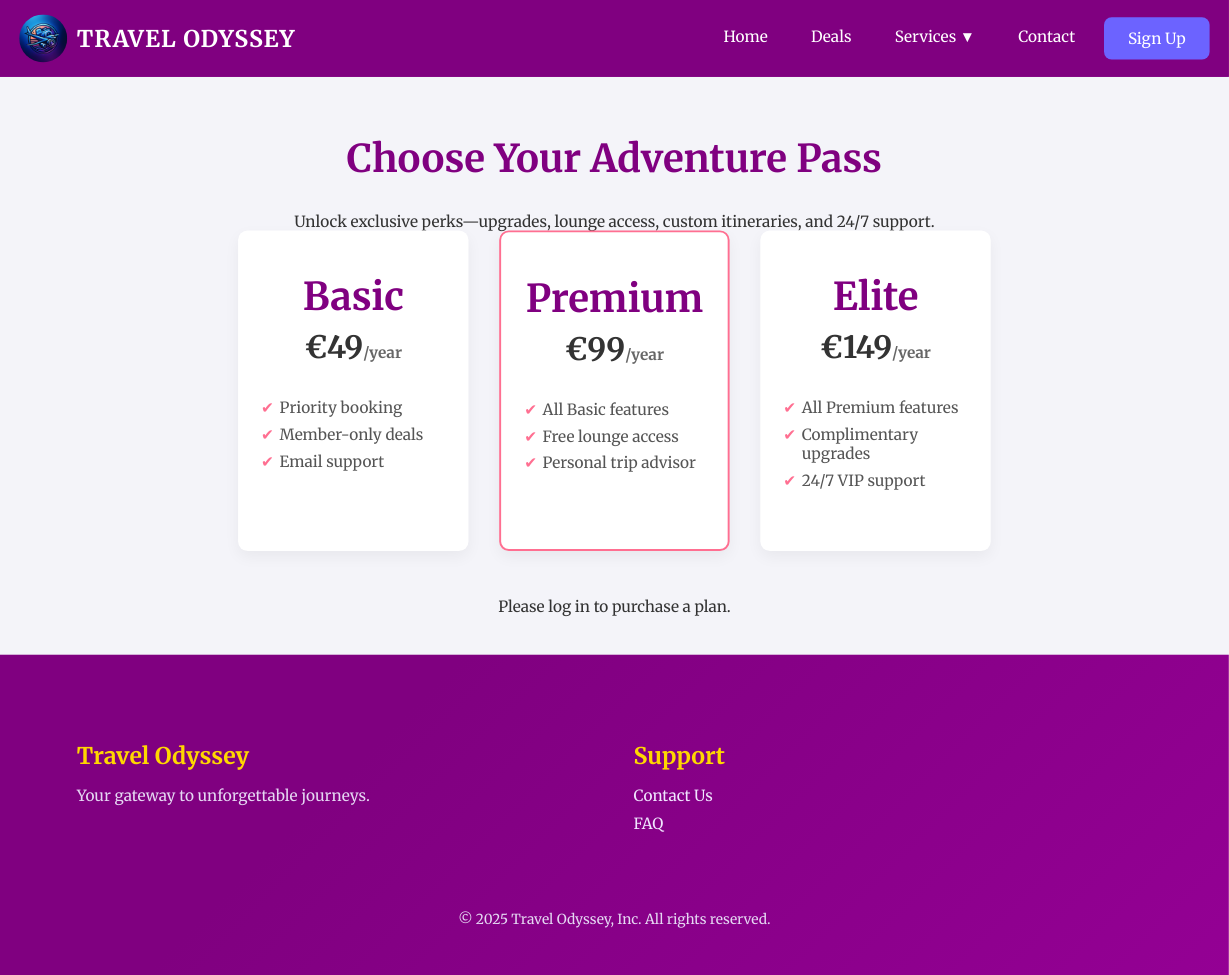
Repository: GHzPhoenix/Project-Odyssey
Page: Frontend/membership-confirmation.html
An editor plug-in stored every save of this project. The page is shown before and after the next save, followed by the edit.
The browser window is 1280 px wide. The pictures show the whole page, at 96% of full size.

Above is the page before, as saved 2025-06-11 14:58:40.

### Frontend/membership-confirmation.html
<!DOCTYPE html>
<html lang="en">
  <head>
    <meta charset="UTF-8" />
    <meta name="viewport" content="width=device-width, initial-scale=1.0" />
    <title>Membership – Travel Odyssey</title>
    <link rel="stylesheet" href="/Frontend/css/style.css" />
    <link rel="stylesheet" href="/Frontend/css/membership.css" />
    <link
      href="https://fonts.googleapis.com/css2?family=Merriweather:wght@300;400;700&display=swap"
      rel="stylesheet"
    />
  </head>
  <body>
    <header>
      <nav>
        <div class="logo">
          <img src="/Frontend/assets/your-logo.png" alt="Logo" />
          Travel Odyssey
        </div>
        <button class="menu-toggle" onclick="toggleMenu()">
          <div></div>
          <div></div>
          <div></div>
        </button>
        <ul class="nav-menu">
          <li><a href="index.html">Home</a></li>
          <li><a href="deals.html">Deals</a></li>
          <li class="dropdown-parent">
            <a href="#">Services ▼</a>
            <div class="dropdown">
              <a href="membership.html" class="active">Membership</a>
              <a href="dream.html">Plan Your Trip</a>
              <a href="client-area.html">Client Area</a>
            </div>
          </li>
          <li><a href="contact.html">Contact</a></li>
          <li><a href="signup.html" class="signup-btn">Sign Up</a></li>
        </ul>
      </nav>
    </header>

    <main class="membership-page">
      <h1>Choose Your Adventure Pass</h1>
      <p class="intro">
        Unlock exclusive perks—upgrades, lounge access, custom itineraries, and
        24/7 support.
      </p>

      <div class="plans">
        <div class="plan-card" data-plan="basic" data-price="49">
          <h2>Basic</h2>
          <div class="price">€49<small>/year</small></div>
          <ul>
            <li>Priority booking</li>
            <li>Member-only deals</li>
            <li>Email support</li>
          </ul>
        </div>

        <div
          class="plan-card featured selected"
          data-plan="premium"
          data-price="99"
        >
          <h2>Premium</h2>
          <div class="price">€99<small>/year</small></div>
          <ul>
            <li>All Basic features</li>
            <li>Free lounge access</li>
            <li>Personal trip advisor</li>
          </ul>
        </div>

        <div class="plan-card" data-plan="elite" data-price="149">
          <h2>Elite</h2>
          <div class="price">€149<small>/year</small></div>
          <ul>
            <li>All Premium features</li>
            <li>Complimentary upgrades</li>
            <li>24/7 VIP support</li>
          </ul>
        </div>
      </div>

      <div id="paypal-button-container" style="margin-top: 2rem"></div>
      <div id="membership-message" class="message"></div>
    </main>

    <footer class="footer">
      <div class="footer-container">
        <div class="footer-section">
          <h3>Travel Odyssey</h3>
          <p>Your gateway to unforgettable journeys.</p>
        </div>
        <div class="footer-section">
          <h3>Support</h3>
          <ul>
            <li><a href="contact.html">Contact Us</a></li>
            <li><a href="faq.html">FAQ</a></li>
          </ul>
        </div>
      </div>
      <div class="footer-bottom">
        © 2025 Travel Odyssey, Inc. All rights reserved.
      </div>
    </footer>

    <script>
      function toggleMenu() {
        document.querySelector(".nav-menu").classList.toggle("active");
      }

      document.addEventListener("DOMContentLoaded", async () => {
        let selectedPlan = "premium";
        document.querySelectorAll(".plan-card").forEach((card) => {
          card.addEventListener("click", () => {
            selectedPlan = card.dataset.plan;
            document
              .querySelectorAll(".plan-card")
              .forEach((c) => c.classList.remove("selected"));
            card.classList.add("selected");
          });
        });

        const token = localStorage.getItem("token") || "";
        if (!token) {
          const msg = document.getElementById("membership-message");
          msg.textContent = "Please log in to purchase a plan.";
          msg.classList.add("error");
          return;
        }

        let clientId;
        try {
          ({ clientId } = await fetch(
            "http://127.0.0.1:5001/api/config/paypal"
          ).then((r) => r.json()));
        } catch (e) {
          document.getElementById("membership-message").textContent =
            "Failed to load PayPal.";
          document.getElementById("membership-message").classList.add("error");
          return;
        }

        const s = document.createElement("script");
        s.src = `https://www.paypal.com/sdk/js?client-id=${clientId}&currency=EUR`;
        s.onload = renderButtons;
        document.head.appendChild(s);

        function renderButtons() {
          paypal
            .Buttons({
              style: { layout: "vertical", shape: "pill" },
              onInit: (data, actions) => actions.enable(),
              createOrder: (data, actions) => {
                const price = document.querySelector(
                  `.plan-card[data-plan="${selectedPlan}"]`
                ).dataset.price;
                return fetch("http://127.0.0.1:5001/api/paypal/order", {
                  method: "POST",
                  headers: {
                    "Content-Type": "application/json",
                    Authorization: "Bearer " + token,
                  },
                  body: JSON.stringify({ planId: selectedPlan }),
                })
                  .then((res) => res.json())
                  .then((d) => d.orderID);
              },
              onApprove: (data, actions) => {
                return actions.order.capture().then(async () => {
                  const purchase = await fetch(
                    "http://127.0.0.1:5001/api/membership/purchase",
                    {
                      method: "POST",
                      headers: {
                        "Content-Type": "application/json",
                        Authorization: "Bearer " + token,
                      },
                      body: JSON.stringify({ planId: selectedPlan }),
                    }
                  ).then((r) => r.json());

                  if (!purchase.membership_expires) {
                    throw new Error(purchase.error || "Activation failed");
                  }

                  localStorage.setItem(
                    "membershipType",
                    purchase.membership_type
                  );
                  localStorage.setItem(
                    "membershipExpires",
                    purchase.membership_expires
                  );

                  document.getElementById("membership-message").textContent =
                    "Membership activated!";
                  document
                    .getElementById("membership-message")
                    .classList.add("success");

                  setTimeout(
                    () => (window.location.href = "client-area.html"),
                    1500
                  );
                });
              },
              onError: (err) => {
                console.error(err);
                const msg = document.getElementById("membership-message");
                msg.textContent = "Payment failed. Please try again.";
                msg.classList.add("error");
              },
            })
            .render("#paypal-button-container");
        }
      });
    </script>

    <style>
      .plan-card.selected {
        border: 2px solid var(--accent);
      }
    </style>
  </body>
</html>

### Frontend/css/membership.css
@import url("https://fonts.googleapis.com/css2?family=Merriweather:wght@300;400;700&display=swap");

:root {
  --primary: purple;
  --accent: #ff6f91;
  --text-dark: #333;
  --bg-light: #f4f4f9;
  --white: #fff;
}

* {
  box-sizing: border-box;
  margin: 0;
  padding: 0;
}

body {
  font-family: "Merriweather", serif;
  background: var(--bg-light);
  color: var(--text-dark);
}

main.membership-section {
  padding: 60px 20px;
  max-width: 1200px;
  margin: 0 auto;
  text-align: center;
}

.section-title {
  font-size: 2.4rem;
  margin-bottom: 1.5rem;
  font-weight: 700;
  color: var(--primary);
}

.membership-grid {
  display: grid;
  grid-template-columns: repeat(auto-fit, minmax(280px, 1fr));
  gap: 2rem;
  margin-bottom: 3rem;
}

.membership-card {
  background: var(--white);
  border-radius: 12px;
  padding: 2rem;
  box-shadow: 0 8px 20px rgba(0, 0, 0, 0.05);
  transition: transform 0.3s, box-shadow 0.3s;
  display: flex;
  flex-direction: column;
  align-items: center;
}

.membership-card:hover {
  transform: translateY(-8px);
  box-shadow: 0 12px 30px rgba(0, 0, 0, 0.1);
}

.icon {
  font-size: 3rem;
  color: var(--primary);
  margin-bottom: 1rem;
}

.membership-card h3 {
  font-size: 1.5rem;
  margin-bottom: 0.75rem;
  color: var(--text-dark);
}

.membership-card p {
  font-size: 1rem;
  color: #666;
  margin-bottom: 1.5rem;
  line-height: 1.5;
}

.price {
  font-size: 1.4rem;
  font-weight: 700;
  color: var(--text-dark);
  margin-bottom: 2rem;
}

.join-btn {
  background: var(--primary);
  color: var(--white);
  padding: 0.75rem 2rem;
  border-radius: 25px;
  font-size: 1rem;
  font-weight: 700;
  text-decoration: none;
  transition: background 0.3s, transform 0.2s;
}

.join-btn:hover {
  background: var(--accent);
  transform: translateY(-2px);
}

.plans {
  display: flex;
  flex-wrap: wrap;
  gap: 2rem;
  justify-content: center;
  margin-bottom: 3rem;
}

.plan-card {
  background: var(--white);
  border-radius: 10px;
  box-shadow: 0 6px 16px rgba(0, 0, 0, 0.05);
  flex: 1 1 220px;
  max-width: 240px;
  padding: 1.5rem;
  display: flex;
  flex-direction: column;
  align-items: center;
  transition: transform 0.3s, border-color 0.3s;
}

.plan-card:hover {
  transform: translateY(-5px);
}

.plan-card.featured {
  border: 2px solid var(--accent);
}

.plan-card h2 {
  margin-bottom: 0.5rem;
  color: var(--primary);
}

.plan-card .price {
  font-size: 2rem;
  margin-bottom: 1rem;
}

.plan-card .price small {
  font-size: 1rem;
  color: #666;
}

.plan-card ul {
  list-style: none;
  width: 100%;
  margin: 1rem 0 2rem;
  padding: 0;
  text-align: left;
}

.plan-card ul li {
  margin-bottom: 0.5rem;
  position: relative;
  padding-left: 1.2rem;
  color: #555;
}

.plan-card ul li::before {
  content: "✔";
  position: absolute;
  left: 0;
  color: var(--accent);
}

#membership-form {
  background: var(--white);
  padding: 2rem;
  border-radius: 10px;
  box-shadow: 0 6px 16px rgba(0, 0, 0, 0.05);
  max-width: 600px;
  margin: 0 auto 3rem;
}

.form-row {
  margin-bottom: 1.25rem;
  text-align: left;
}

.form-row label {
  display: block;
  margin-bottom: 0.5rem;
  font-weight: 600;
  color: var(--text-dark);
}

.form-row select,
.form-row input[type="text"] {
  width: 100%;
  padding: 0.6rem;
  border: 1px solid #ccc;
  border-radius: 6px;
  font-size: 1rem;
}

.form-row p {
  margin-bottom: 0.5rem;
  font-weight: 600;
}

.form-row.two-cols {
  display: flex;
  gap: 1rem;
}

#card-fields {
  margin-top: 1rem;
}

@media (max-width: 768px) {
  .membership-grid,
  .plans {
    flex-direction: column;
    grid-template-columns: 1fr;
    align-items: center;
  }
}

### Frontend/css/dashboard.css
:root {
  --color-primary: purple;
  --color-accent: #ff6f91;
  --color-bg-light: #f4f4f9;
  --color-bg-lighter: #e0e0e3;
  --color-text: #333;
  --color-text-light: #555;
  --radius: 1.25rem;
  --spacing-sm: 0.5rem;
  --spacing-md: 1rem;
  --spacing-lg: 2rem;
  --font-base: 1rem;
  --font-scale: 1.125rem;
}
body {
  font-family: "Merriweather", serif;
  background: linear-gradient(to bottom, #f4f4f9, #e0e0e3);
  margin: 0;
  padding: 0;
}

header {
  background-color: purple;
  color: white;
  text-align: center;
  padding: 20px;
  font-size: 22px;
  font-weight: bold;
}

nav {
  display: flex;
  justify-content: center;
  flex-wrap: wrap;
  gap: var(--spacing-sm);
}

nav a {
  display: inline-block;
  padding: var(--spacing-sm) var(--spacing-md);
  background-color: var(--color-primary);
  color: #fff;
  text-decoration: none;
  font-weight: 600;
  border-radius: var(--radius);
  transition: background-color 0.3s ease;
}

nav a:hover {
  background-color: var(--color-accent);
  color: #fff;
}
.menu-toggle {
  display: none;
  flex-direction: column;
  cursor: pointer;
}

.menu-toggle div {
  width: 28px;
  height: 3px;
  background-color: white;
  margin: 4px 0;
}

@media (max-width: 768px) {
  nav ul {
    flex-direction: column;
    width: 100%;
    display: none;
    background-color: purple;
    margin-top: 10px;
    padding: 10px 0;
  }

  nav ul.active {
    display: flex;
  }

  .menu-toggle {
    display: flex;
  }

  nav ul li {
    width: 100%;
    text-align: center;
  }
}

main {
  max-width: 1000px;
  margin: 30px auto;
  padding: 30px;
  background-color: white;
  border-radius: 12px;
  box-shadow: 0px 5px 15px rgba(0, 0, 0, 0.1);
}

h2 {
  color: purple;
  font-size: 24px;
  margin-bottom: 20px;
  text-align: center;
  border-bottom: 2px solid purple;
  padding-bottom: 10px;
}

.dashboard-section {
  margin: 20px 0;
  padding: 20px;
  background-color: #f9f9ff;
  border-radius: 10px;
  box-shadow: 0px 2px 8px rgba(0, 0, 0, 0.1);
}

.dashboard-section h3 {
  font-size: 20px;
  color: purple;
  margin-bottom: 10px;
}

.deals-container {
  display: grid;
  grid-template-columns: repeat(auto-fit, minmax(280px, 1fr));
  gap: 1.5rem;
  margin-top: 2rem;
  padding: 0;
}

.deal-card {
  background-color: #fff;
  border-radius: 12px;
  overflow: hidden;
  box-shadow: 0 4px 10px rgba(0, 0, 0, 0.1);
  transition: transform 0.2s ease, box-shadow 0.2s ease;
  display: flex;
  flex-direction: column;
}

.deal-card:hover {
  transform: translateY(-4px);
  box-shadow: 0 6px 14px rgba(0, 0, 0, 0.15);
}

.deal-card img {
  width: 100%;
  height: 180px;
  object-fit: cover;
  display: block;
}

.deal-card-body {
  padding: 1rem;
  flex: 1;
  display: flex;
  flex-direction: column;
}

.deal-card-body h3 {
  margin: 0 0 0.5rem;
  font-size: 1.25rem;
  color: purple;
}

.deal-card-body p {
  margin: 0.25rem 0;
  color: #555;
  font-size: 0.95rem;
  flex: 1;
}

.card-button {
  display: inline-block;
  background-color: purple;
  color: #fff;
  text-decoration: none;
  padding: 0.5rem 1rem;
  border-radius: 20px;
  font-weight: bold;
  font-size: 0.95rem;
  text-align: center;
  transition: background-color 0.3s ease;
  margin-top: 1rem;
}

.card-button:hover {
  background-color: #ff6f91;
  color: #fff;
}

.no-deals {
  text-align: center;
  font-size: 1rem;
  color: #555;
  margin-top: 2rem;
}

@media (max-width: 600px) {
  .deals-container {
    grid-template-columns: 1fr;
  }
  .deal-card img {
    height: 200px;
  }
}

.dashboard-section p {
  font-size: 16px;
  color: #555;
}

.button {
  background-color: purple;
  color: white;
  padding: 10px 18px;
  border-radius: 25px;
  text-decoration: none;
  display: inline-block;
  margin-top: 15px;
  font-weight: bold;
  transition: background 0.3s ease-in-out;
}

.button:hover {
  background-color: #ff3b72;
}

footer {
  background-color: purple;
  color: white;
  text-align: center;
  padding: 20px;
  margin-top: 40px;
}

@media (max-width: 768px) {
  main {
    margin: 20px;
    padding: 20px;
  }
}

Loaded but not shown: Frontend/css/style.css (1245 lines, source omitted)

After the next save:
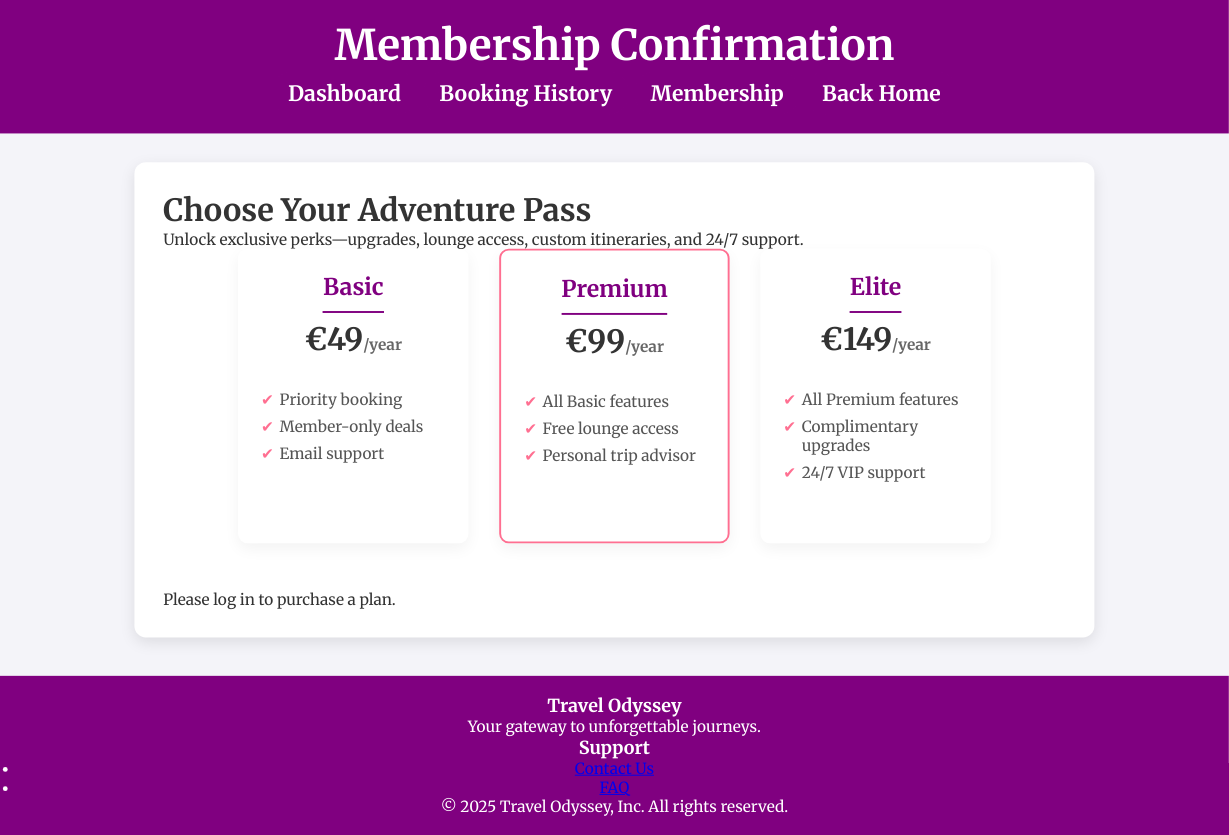
Saved 52 s later.
--- a/Frontend/membership-confirmation.html
+++ b/Frontend/membership-confirmation.html
@@ -3,40 +3,23 @@
   <head>
     <meta charset="UTF-8" />
     <meta name="viewport" content="width=device-width, initial-scale=1.0" />
-    <title>Membership – Travel Odyssey</title>
-    <link rel="stylesheet" href="/Frontend/css/style.css" />
+    <title>Membership Confirmation – Travel Odyssey</title>
+    <link rel="stylesheet" href="/Frontend/css/dashboard.css" />
     <link rel="stylesheet" href="/Frontend/css/membership.css" />
     <link
       href="https://fonts.googleapis.com/css2?family=Merriweather:wght@300;400;700&display=swap"
       rel="stylesheet"
     />
   </head>
+
   <body>
     <header>
+      <h1 style="color: white">Membership Confirmation</h1>
       <nav>
-        <div class="logo">
-          <img src="/Frontend/assets/your-logo.png" alt="Logo" />
-          Travel Odyssey
-        </div>
-        <button class="menu-toggle" onclick="toggleMenu()">
-          <div></div>
-          <div></div>
-          <div></div>
-        </button>
-        <ul class="nav-menu">
-          <li><a href="index.html">Home</a></li>
-          <li><a href="deals.html">Deals</a></li>
-          <li class="dropdown-parent">
-            <a href="#">Services ▼</a>
-            <div class="dropdown">
-              <a href="membership.html" class="active">Membership</a>
-              <a href="dream.html">Plan Your Trip</a>
-              <a href="client-area.html">Client Area</a>
-            </div>
-          </li>
-          <li><a href="contact.html">Contact</a></li>
-          <li><a href="signup.html" class="signup-btn">Sign Up</a></li>
-        </ul>
+        <a href="dashboard.html">Dashboard</a>
+        <a href="booking-history.html">Booking History</a>
+        <a href="membership-confirmation.html" class="active">Membership</a>
+        <a href="index.html">Back Home</a>
       </nav>
     </header>
 
